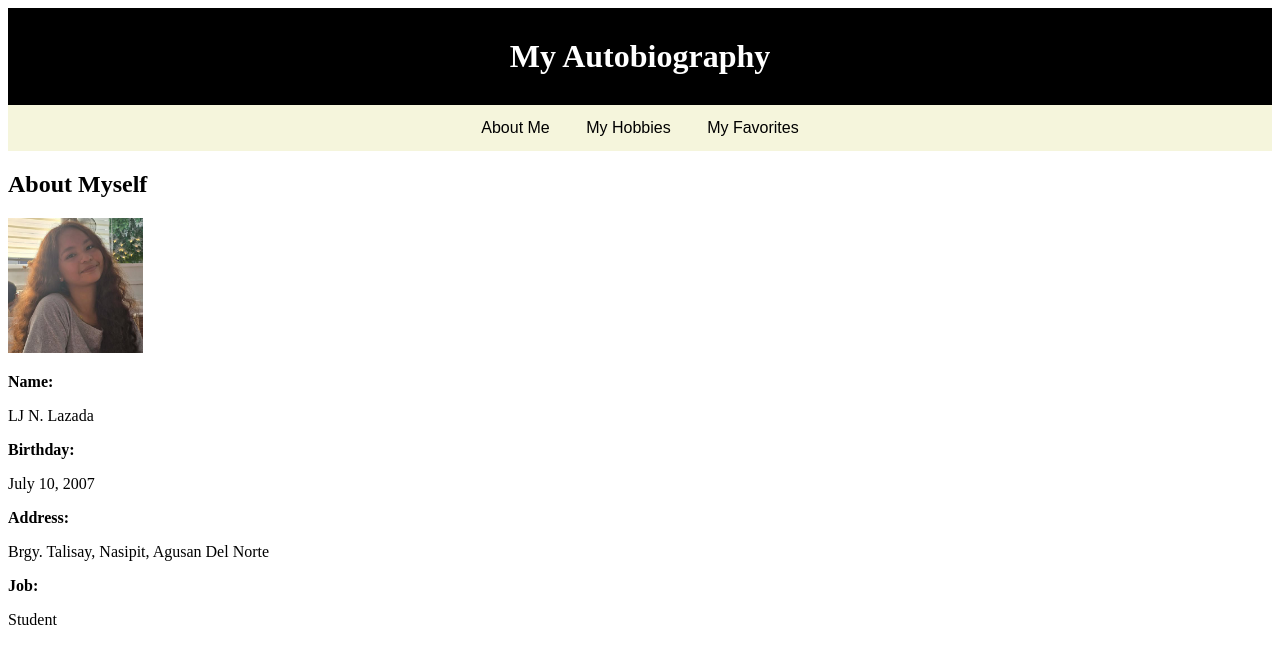
Repository: ljlazada11/MyHtmlCssActivity
Page: index.html
These files come from the project's save history. The page is drawn as it stood at one moment and after the next save; the edit follows.
The browser window is 1280 px wide. The pictures show the whole page.

Above is the page before, as saved 2026-07-15 19:18:05.

After the next save:
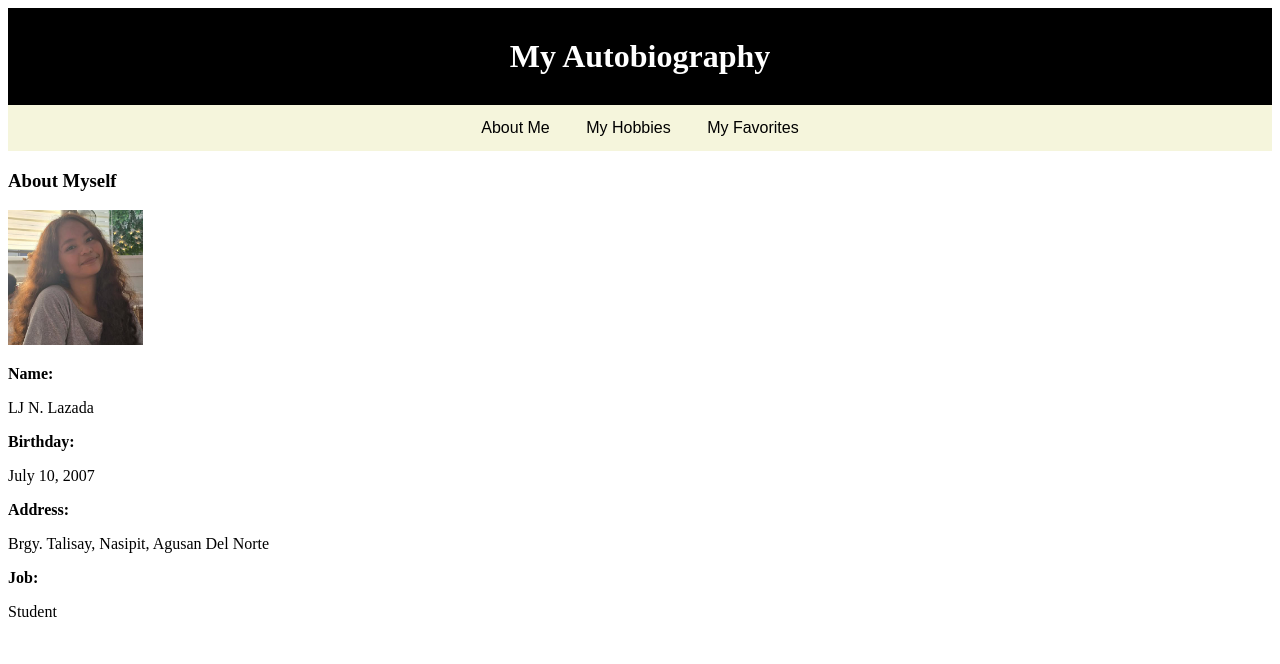
Saved 64 s later.
--- a/index.html
+++ b/index.html
@@ -16,7 +16,8 @@
     </nav>
     </header>
 <body>
-    <h2>About Myself</h2>
+    <section id="About">
+    <h3>About Myself</h3>
     <img src="image/pic1.jpg" alt="pic1" class="myself">
 
     <div class="About Me">
